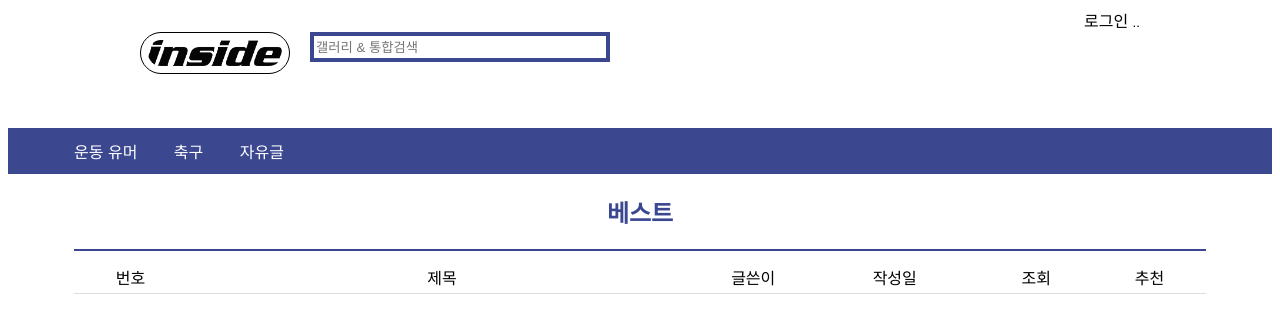
Repository: inhoo123/backup
Page: http://localhost/community-inside/index
The author's editor kept a copy of each file at every save. The page is drawn from the files as they stood at one save, then again after the next save.
The browser window is 1280 px wide. The pictures show the whole page.
Some web fonts or font styles are not loaded; a fallback is used. The page is served by Tomcat 10.

Above is the page before, as saved 2024-06-27 02:11:11.

After the next save:
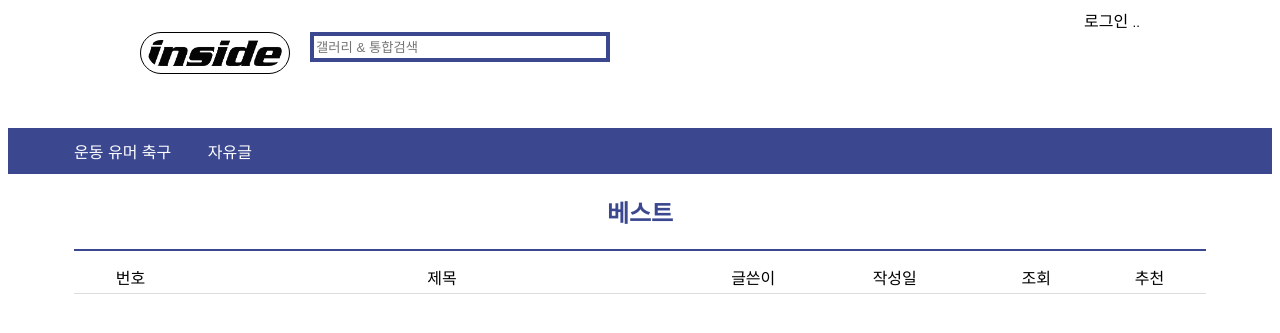
Saved 4 s later.
--- a/web-workspace/community-inside/src/main/webapp/WEB-INF/view/common/header.jsp
+++ b/web-workspace/community-inside/src/main/webapp/WEB-INF/view/common/header.jsp
@@ -53,7 +53,7 @@
 
 
 		<a href="${pageContext.servletContext.contextPath }/list"
-		><span style="color:white;  font-weight: 550;">&emsp;&emsp;축구</span></a>
+		><span style="color:white;  font-weight: 550;">축구</span></a>
 
 
 		<a href="${pageContext.servletContext.contextPath }/list"
